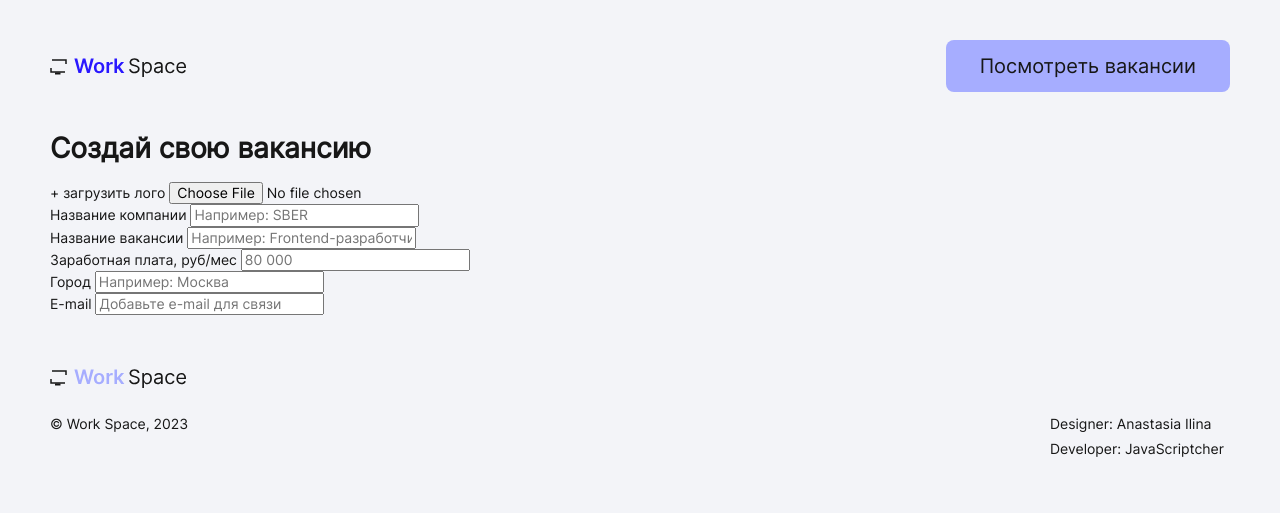
Repository: alexboagreek/workspace_js
Page: employer.html
The author's editor kept a copy of each file at every save. The page is drawn from the files as they stood at one save, then again after the next save.
The browser window is 1280 px wide. The pictures show the whole page.

Above is the page before, as saved 2023-09-12 12:06:17.
Console error: TypeError: Cannot read properties of null (reading 'addEventListener')

After the next save:
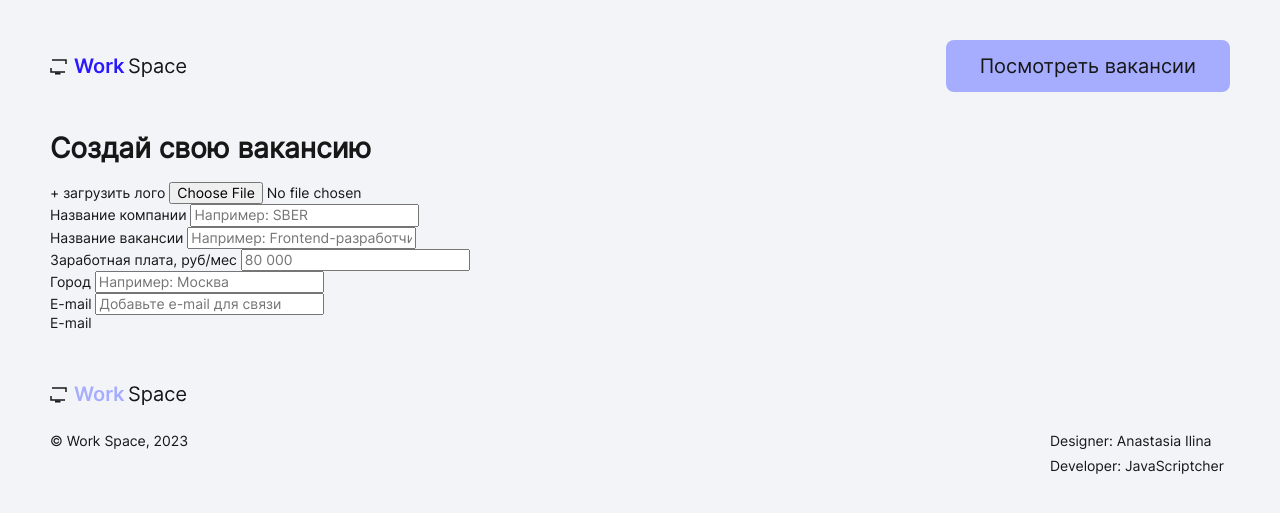
Saved 20 s later.
--- a/employer.html
+++ b/employer.html
@@ -114,7 +114,7 @@
             </div>
 
             <fieldset class="employer__fieldset-textarea">
-
+              <label class="employer__label" for="email">E-mail</label>
             </fieldset>
           </form>
         </div>
